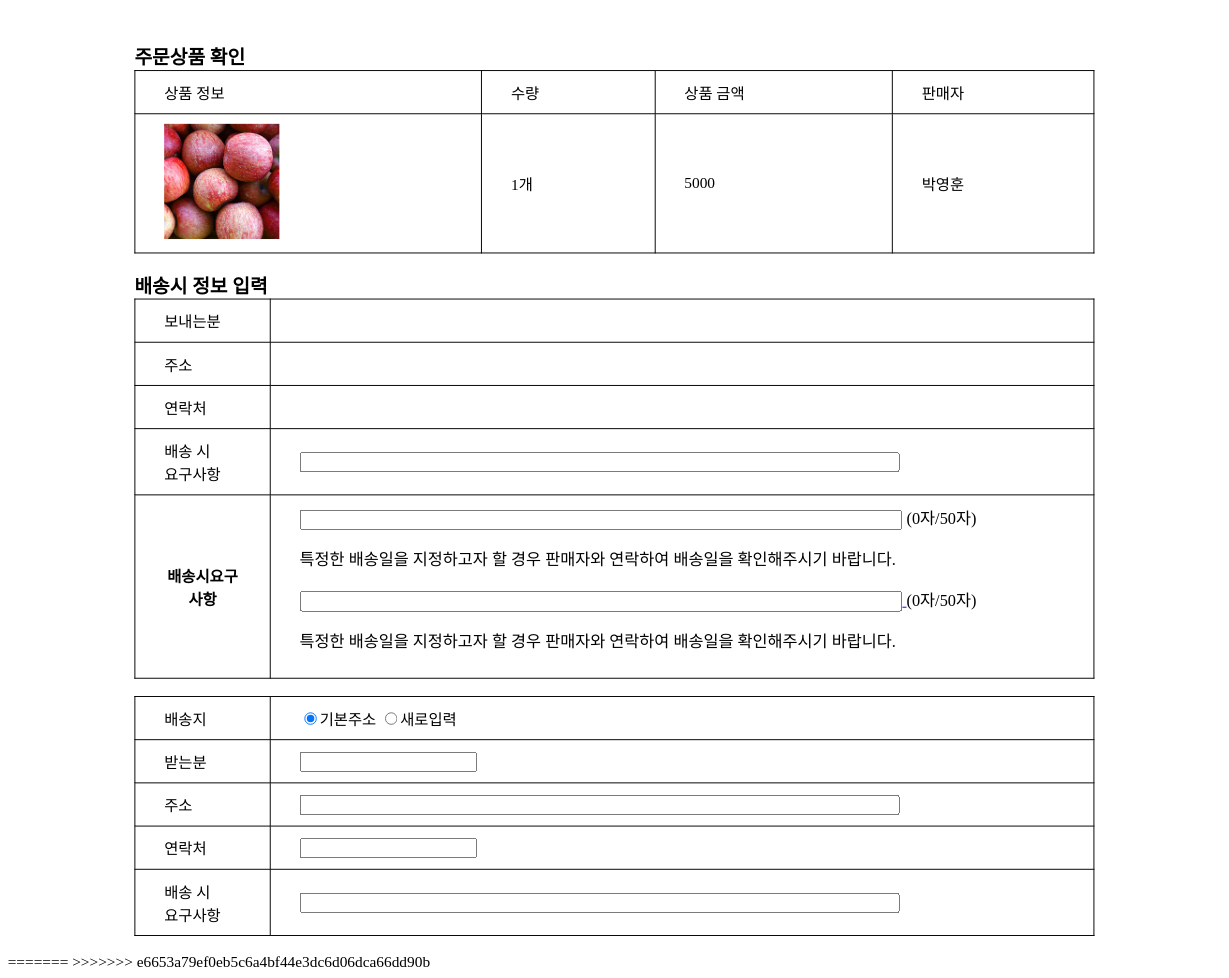
Repository: fellownew/project_workspace
Page: http://localhost/shoppingmall/WEB-INF/view/body/buyer/buyer_order_form.jsp
These files come from the project's save history. The page is drawn as it stood at one moment and after the next save; the edit follows.
The browser window is 1280 px wide. The pictures show the whole page, at 96% of full size.
The page is served by Tomcat 9. Nobody is signed in. Other server files are loaded and not shown. The template is opened directly, without the code that normally fills it, so the values that code supplies are empty.

Above is the page before, as saved 2015-06-04 02:07:39.
Console error: ReferenceError: $ is not defined

### shoppingmall/WebContent/WEB-INF/view/body/buyer/buyer_order_form.jsp
<%@ page contentType="text/html;charset=UTF-8"%>
<%@ taglib prefix="c" uri="http://java.sun.com/jsp/jstl/core"%>
<%@ taglib prefix="fn" uri="http://java.sun.com/jsp/jstl/functions"%>
<!DOCTYPE html>
<html>
<head>
<meta charset="UTF-8">
<link rel="stylesheet" type="text/css" href="<%=request.getContextPath()%>/css/order.css">
<title>Insert title here</title>
</head>

<script type="text/javascript">
	$(document).ready(function(){
		$("#test1").on("click",function(){
			//$("#td1").html($("#text1").val());
			//$("#td2").html($("#text2").val());
			//$("#td3").html($("#text3").val());
 			$("#text1").prop("readonly", true).val("${sessionScope.loginInfo.name}");
			$("#text2").prop("readonly", true).val("${sessionScope.loginInfo.address}");
			$("#text3").prop("readonly", true).val("${sessionScope.loginInfo.phone}");
		});
	});

	$(document).ready(function(){
		$("#test2").on("click",function(){
 			$("#text1").prop("readonly", false).val("");
			$("#text2").prop("readonly", false).val("");
			$("#text3").prop("readonly", false).val("");
			//$("#td1").html($("<input id='text1' value='" + $("#td1").html() + "'>"));
			//$("#td2").html($("<input id='text2' value='" + $("#td2").html() + "'>"));
			//$("#td3").html($("<input id='text3' value='" + $("#td3").html() + "'>"));
		});
	});
</script>



<body>
<!-- 	<fieldset style="height:500px"> -->

	<table class="center"><br><br>
		<caption style="text-align:left; font-weight:bold; font-size:20px" >주문상품 확인</caption>
		<thead>
			<tr>
				<td>상품 정보</td>
				<td>수량</td>
				<td>상품 금액</td>
				<td>판매자</td>
			</tr>
		</thead>

		<tbody>
			<tr>
				<td><img src="upimage/1433207674224.jpg" width="120px" height="120px"/></td>
				<td>1개</td>
				<td>5000</td>
				<td>박영훈</td>
			</tr>
		</tbody>
	</table>
	<br>

	<table class="center">
	<caption style="text-align:left; font-weight:bold; font-size:20px">배송시 정보 입력</caption>
		<thead>
			<tr>
				<td style="width:80px; text-align:left">보내는분</td>
				<td style="text-align:left">${sessionScope.loginInfo.name}</td>
			</tr>
			<tr>
				<td>주소</td>
				<td style="text-align:left">${sessionScope.loginInfo.address}</td>
			</tr>
			<tr>
				<td>연락처</td>
				<td style="text-align:left">${sessionScope.loginInfo.phone}</td>
			</tr>
			<tr>
				<td>배송 시<br>요구사항</td>
				<td style="text-align:left"><input type="text" name="" id="" size="75"></td>
			</tr>
							<tr >
					<th scope="row">
						<label for="prdOrdDlvReqCont0">배송시요구사항</label>
						<div style="display:none">
							<label class="prd_input" for="chkCont"><input type="checkbox" id="chkCont" name="chkCont" onclick="javascript:step2.contTypeChange(this);">상품별 입력</label>
						</div>
					</th>
					<td>

							<!-- 자동완성기능 때문에 CSS가 다릅니다. 오버시 textbox_over, 입력 후에는 textbox  -->
							<span id="ordDlvReqContSpan">
							<div class="toGo_OrderD">
								<label for="prdOrdDlvReqCont0">
										<input type="text" style="width:620px;" id='prdOrdDlvReqCont0' name='prdOrdDlvReqCont' value="" onclick="layerView('autoSentence00');" onkeydown="javascript:step2.calcTextareaValueLength(this, document.getElementById('ordDlvReqContCountSpan'));" onkeyup="javascript:step2.calcTextareaValueLength(this , document.getElementById('ordDlvReqContCountSpan'));">
								</label>
								(<span id="ordDlvReqContCountSpan">0</span>자/50자)

								<div class="toGo_OptionLyWrap">
									<div class="toGo_OptionLy" id="autoSentence00" onMouseOver="layerView('autoSentence00');" onMouseOut="layerHidden('autoSentence00');" style="display:none">
										<ul>

											<li><a href="javascript:setDlvReqCont('옥상 문 앞에 보관해주세요. 감사합니다.', document.mainform.prdOrdDlvReqCont, 'ordDlvReqContCountSpan','autoSentence00');">옥상 문 앞에 보관해주세요. 감사합니다.</a></li>

											<li><a href="javascript:setDlvReqCont('부재시 경비실에 맡겨주세요.', document.mainform.prdOrdDlvReqCont, 'ordDlvReqContCountSpan','autoSentence00');">부재시 경비실에 맡겨주세요.</a></li>

											<li><a href="javascript:setDlvReqCont('빠른 배송 부탁드립니다.', document.mainform.prdOrdDlvReqCont, 'ordDlvReqContCountSpan','autoSentence00');">빠른 배송 부탁드립니다.</a></li>

											<li><a href="javascript:setDlvReqCont('부재시 핸드폰으로 연락바랍니다.', document.mainform.prdOrdDlvReqCont, 'ordDlvReqContCountSpan','autoSentence00');">부재시 핸드폰으로 연락바랍니다.</a></li>

											<li><a href="javascript:setDlvReqCont('배송 전 연락바랍니다.', document.mainform.prdOrdDlvReqCont, 'ordDlvReqContCountSpan','autoSentence00');">배송 전 연락바랍니다.</a></li>


										</ul>
									</div>
								</div>
								<p class="cp_desc">특정한 배송일을 지정하고자 할 경우 판매자와 연락하여 배송일을 확인해주시기 바랍니다.</p>

							</div>
							</span>



							<span id="ordDlvReqContPrdSpan" name="ordDlvReqContPrdSpan">
							<div class="toGo_OrderD">
								<div class="GoodsName"><script>document.write(prodNMArr[0]);</script></div>
								<label for="ordDlvReqContPrd1">
									<a href="javascript:void(0);"  onclick="layerView('autoSentence0');">
										<input type="text" style="width:620px;" name="ordDlvReqContPrd" id="ordDlvReqContPrd1" size="20" onclick="layerView('autoSentence0');"  onkeydown="javascript:step2.calcTextareaValueLength(this , document.getElementById('ordDlvReqContPrdConutSpan0'));" onkeyup="javascript:step2.calcTextareaValueLength(this , document.getElementById('ordDlvReqContPrdConutSpan0'));">
									</a>
								</label>
								(<span id="ordDlvReqContPrdConutSpan0">0</span>자/50자)

								<div class="toGo_OptionLyWrap">
									<div class="toGo_OptionLy" id="autoSentence0" onMouseOver="layerView('autoSentence0');" onMouseOut="layerHidden('autoSentence0');" style="display:none">
										<ul>

											<li><a href="javascript:setDlvReqCont('옥상 문 앞에 보관해주세요. 감사합니다.', document.getElementById('ordDlvReqContPrd1'), 'ordDlvReqContCountSpan0','autoSentence0');">옥상 문 앞에 보관해주세요. 감사합니다.</a></li>

											<li><a href="javascript:setDlvReqCont('부재시 경비실에 맡겨주세요.', document.getElementById('ordDlvReqContPrd1'), 'ordDlvReqContCountSpan0','autoSentence0');">부재시 경비실에 맡겨주세요.</a></li>

											<li><a href="javascript:setDlvReqCont('빠른 배송 부탁드립니다.', document.getElementById('ordDlvReqContPrd1'), 'ordDlvReqContCountSpan0','autoSentence0');">빠른 배송 부탁드립니다.</a></li>

											<li><a href="javascript:setDlvReqCont('부재시 핸드폰으로 연락바랍니다.', document.getElementById('ordDlvReqContPrd1'), 'ordDlvReqContCountSpan0','autoSentence0');">부재시 핸드폰으로 연락바랍니다.</a></li>

											<li><a href="javascript:setDlvReqCont('배송 전 연락바랍니다.', document.getElementById('ordDlvReqContPrd1'), 'ordDlvReqContCountSpan0','autoSentence0');">배송 전 연락바랍니다.</a></li>

										</ul>
									</div>
								</div>

								<p class="cp_desc">특정한 배송일을 지정하고자 할 경우 판매자와 연락하여 배송일을 확인해주시기 바랍니다.</p>

							</div>
							</span>


						</div>
					</td>
				</tr>
	</table><br>

	<table class="center">

			<tr>
				<td style="width:80px">배송지</td>
				<td style="text-align:left">
					<input type="radio" name="delivery" id="test1" checked="checked">기본주소
					<input type="radio" name="delivery" id="test2">새로입력
				</td>
			</tr>
			<tr>
				<td>받는분</td>
				<td style="text-align:left"><input type="text" name="" id="text1" readonly="readonly" value="${sessionScope.loginInfo.name}"></td>
				<!--<td style="text-align:left" id="td1">${sessionScope.loginInfo.name}</td>-->
			</tr>
			<tr>
				<td>주소</td>
				<td style="text-align:left"><input type="text" size="75" name="" id="text2" readonly="readonly" value="${sessionScope.loginInfo.address}"></td>
				<!-- <td style="text-align:left" id="td2">${sessionScope.loginInfo.address}</td>-->
			</tr>
			<tr>
				<td>연락처</td>
				<td style="text-align:left"><input type="text" name="" id="text3" readonly="readonly" value="${sessionScope.loginInfo.phone }"></td>
				<!-- <td style="text-align:left" id="td3">${sessionScope.loginInfo.phone}</td>-->
			</tr>
			<tr>
				<td>배송 시<br>요구사항</td>
				<td style="text-align:left"><input type="text" name="" id="" size="75"></td>
			</tr>

		</thead>
	</table><br>
=======
<title>Insert title here</title>
<script type="text/javascript" src="<%=request.getContextPath()%>/script/jquery.js"></script>
 <script type="text/javascript">

 $(document).ready(function(){
	 //만약에 상품을 구입하면, 장바구니에서 삭제 되게 해야한당.
	list = '${param.cart_list}';
	var varList = list.split(",");
	var list = new Array();
	for(var idx =0;idx<varList.length;idx++){
		list.push(varList[idx]);
	}

 });


 </script>
<script type="text/javascript">

</script>
</head>
<body>

>>>>>>> e6653a79ef0eb5c6a4bf44e3dc6d06dca66dd90b
</body>
</html>

### shoppingmall/WebContent/css/order.css
div {
	font: 17px "맑은 고딕", 돋움;
}

td, th {
	padding: 10px 30px;
}

table, td, th {
	border: 1px #000 solid;
	border-collapse: collapse;		//서로 이웃하는 테이블이나 셀의 테두리선을 겹쳐서 표현
}
.productName{
font-weight : bold;
font-size:12px;

}
.productInfo{
font-size:10px;

}
.center {
 width:1000px;
 margin:0 auto;
}

Loaded but not shown: shoppingmall/WebContent/script/jquery.js (library)

After the next save:
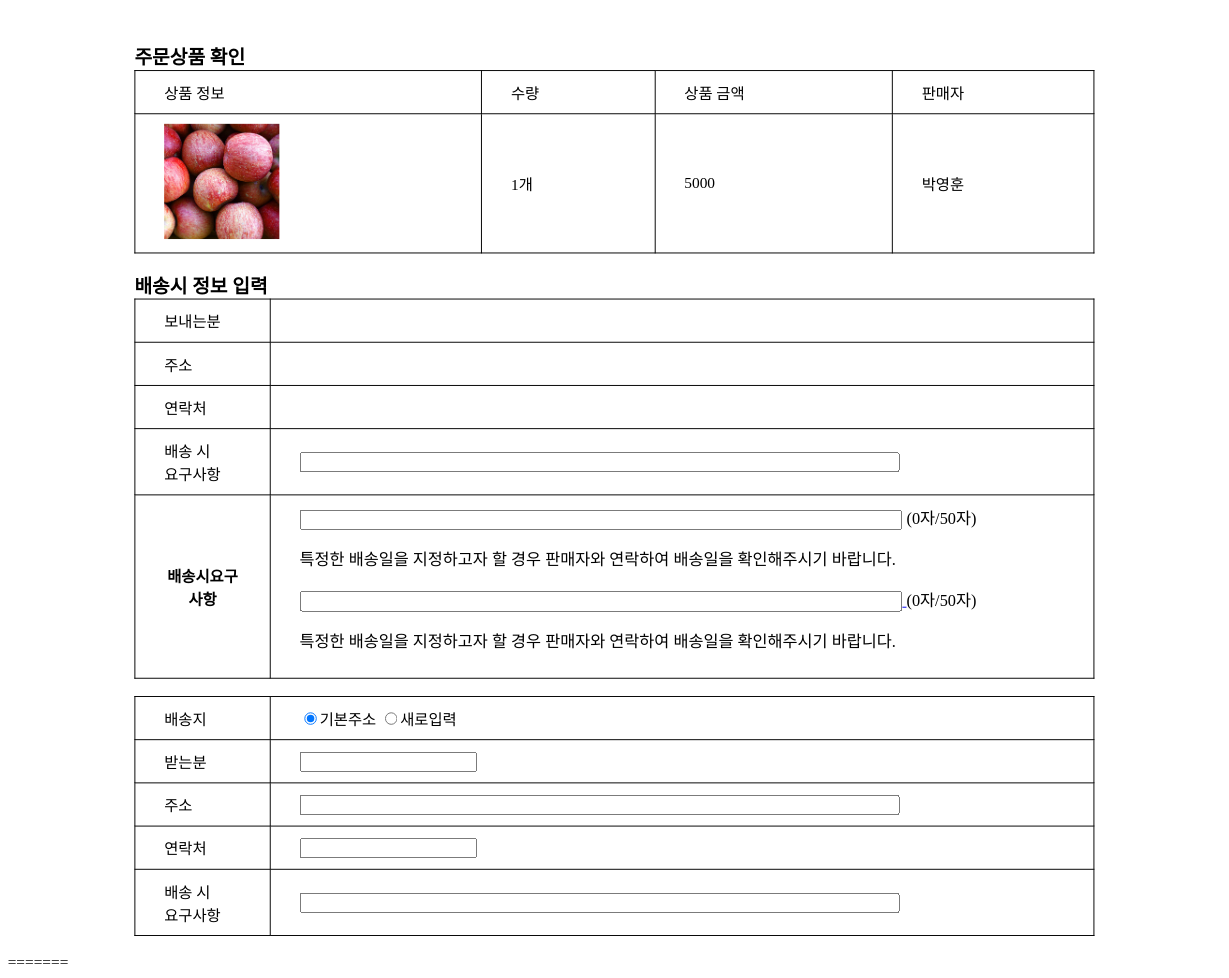
Saved 25 s later.
--- a/shoppingmall/WebContent/WEB-INF/view/body/buyer/buyer_order_form.jsp
+++ b/shoppingmall/WebContent/WEB-INF/view/body/buyer/buyer_order_form.jsp
@@ -214,7 +214,5 @@
 </script>
 </head>
 <body>
-
->>>>>>> e6653a79ef0eb5c6a4bf44e3dc6d06dca66dd90b
 </body>
 </html>
